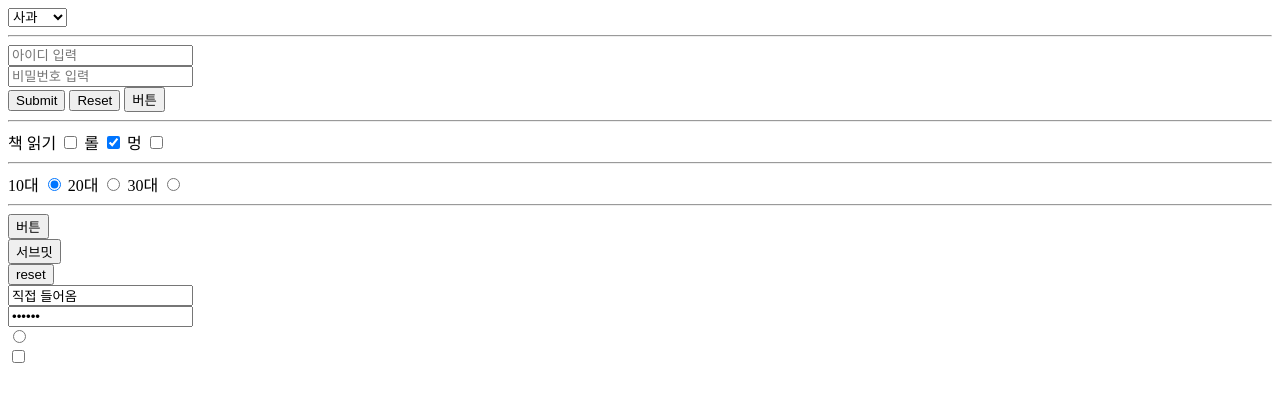
Repository: basstpgns/20201029html
Page: jsp/html/test02.html
These files come from the project's save history. The page is drawn as it stood at one moment and after a run of saves; the edit follows.
The browser window is 1280 px wide. The pictures show the whole page.

Above is the page before, as saved 2020-10-30 01:14:06.

After the next 2 saves:
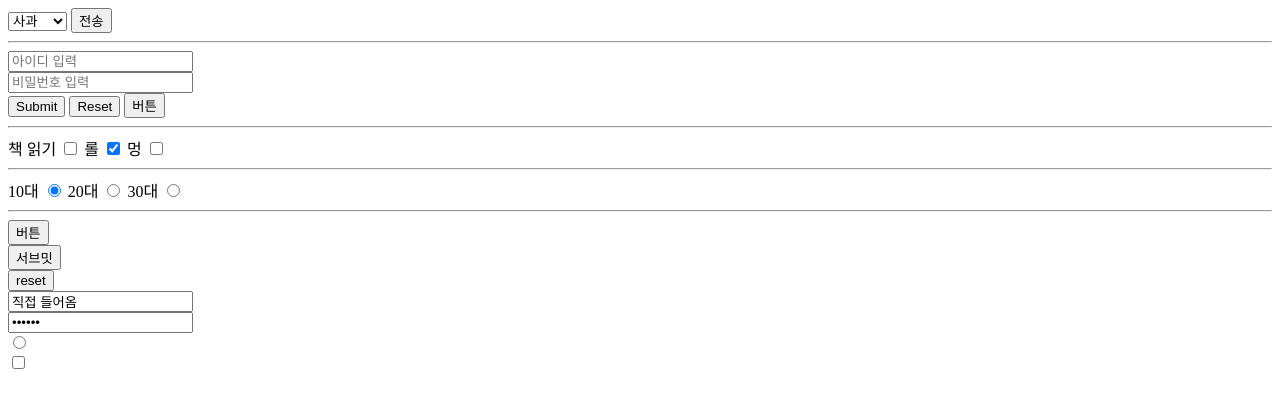
The 2 saves are shown as one change because they came seconds apart.
The last was saved 19 s later.
--- a/jsp/html/test02.html
+++ b/jsp/html/test02.html
@@ -11,6 +11,7 @@
 	<option value="복숭아">복숭아
 	<option value="수박">수박
 </select>
+<button type="submit">전송</button>
 <hr>
 	<form action="test01.html" method="post"> <!-- 버튼을 동작하기 위한 명령어 -->
 		<input type="text" name="id" placeholder="아이디 입력"><br>
